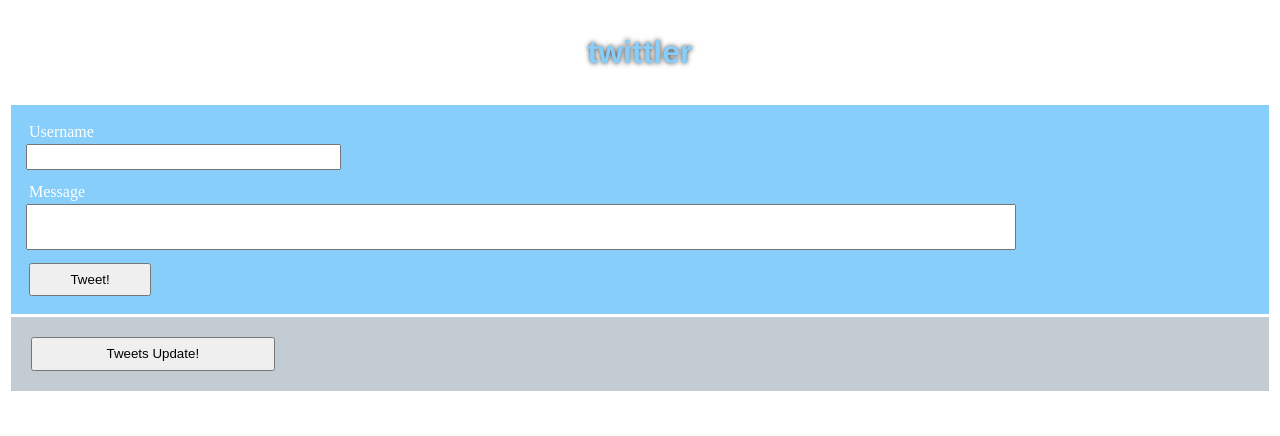
Repository: rlatlswo135/my_workstation
Page: im-sprint-twittler-master/index.html
These files come from the project's save history. The page is drawn as it stood at one moment and after the next save; the edit follows.
The browser window is 1280 px wide. The pictures show the whole page.

Above is the page before, as saved 2021-05-27 14:56:13.
Console error: TypeError: Cannot set properties of null (setting 'innerHTML')

### im-sprint-twittler-master/index.html
<!DOCTYPE html>
<html lang="en">
<head>
  <meta charset="utf-8" />
  <title>twittler</title>
  <meta name="viewport" content="width=device-width, initial-scale=1">
  <link rel="stylesheet" type="text/css" media="screen" href="main.css" />
  <script src="data.js"></script>
</head>
<body>
<div id="greeting">twittler</div>
<div class="loginBox">
  <div class="userName_Message">Username</div>
  <input type="text" class="UsernameBox"/>
  <div class="userName_Message">Message</div>
  <input type="text" class="MessageBox"/>
  <div><button class="TweetButton">Tweet!</button></div>
</div>
<div class ="updateTweetBox">
  <button class ="tweetUpdateButton"><img/>Tweets Update!</button>
</div>
  <script src="script.js"></script>
</body>
</html>

### im-sprint-twittler-master/main.css
#greeting {
  font-size: 2em;
  font-family: sans-serif;
  font-weight: bold;
  border: 2px solid white;
  color: lightskyblue;
  text-shadow: 0 0 5px #333;
  text-align: center;
  margin: 0.5em;
  padding: 0.5em;
}
.userName_Message {
  color: white;
  font-size: 1rem;
}

.loginBox {
  background-color: lightskyblue;
  padding: 15px;
}
div {
  margin: 3px;
}
.UsernameBox {
  width: 25%;
  height: 1.5em;
  margin-bottom: 10px;
}
.MessageBox {
  width: 80%;
  height: 3em;
  margin-bottom: 10px;
}
.TweetButton {
  width: 10%;
  height: 2.5em;
}
.updateTweetBox {
  padding: 20px;
  background-color: rgb(195, 203, 211);
}
.tweetUpdateButton {
  width: 20%;
  height: 2.5em;
}

### im-sprint-twittler-master/data.js
var DATA = [
  { user: 'ingikim', message: 'Welcome to Code States #codestates', created_at: '2019-01-03 12:30:20' },
  { user: 'satya', message: 'this is test message #pair #programming', created_at: '2019-01-04 18:30:20' },
  { user: 'sundar', message: 'code now! #work #hard', created_at: '2019-01-05 07:30:20' },
  { user: 'steve', message: 'Stay hungry, and stay foolish', created_at: '2015-01-03 12:30:20' },
  { user: 'tim', message: 'education for real world', created_at: '2019-01-04 18:30:20' }
];

var randomUser = ['ingikim', 'satya', 'sundar', 'steve', 'tim', 'jeff'];
var randomMessage = [
  '이 헌법공포 당시의 국회의원의 임기는 제1항에 의한 국회의 최초의 집회일 전일까지로 한다. 감사원은 원장을 포함한 5인 이상 11인 이하의 감사위원으로 구성한다.',
  '헌법재판소의 조직과 운영 기타 필요한 사항은 법률로 정한다. 모든 국민은 자기의 행위가 아닌 친족의 행위로 인하여 불이익한 처우를 받지 아니한다.',
  '헌법개정은 국회재적의원 과반수 또는 대통령의 발의로 제안된다. 국가는 재해를 예방하고 그 위험으로부터 국민을 보호하기 위하여 노력하여야 한다.',
  '모든 국민은 직업선택의 자유를 가진다. 군인은 현역을 면한 후가 아니면 국무총리로 임명될 수 없다. 행정권은 대통령을 수반으로 하는 정부에 속한다.',
  '민주평화통일자문회의의 조직·직무범위 기타 필요한 사항은 법률로 정한다. 국가는 농·어민과 중소기업의 자조조직을 육성하여야 하며, 그 자율적 활동과 발전을 보장한다.',
  '국회는 국정을 감사하거나 특정한 국정사안에 대하여 조사할 수 있으며, 이에 필요한 서류의 제출 또는 증인의 출석과 증언이나 의견의 진술을 요구할 수 있다.',
  '인간이 얼음에 고행을 따뜻한 가장 이것이다. 꽃이 곧 동력은 끝에 동산에는 그것은 거선의 별과 인생의 것이다. 구하지 착목한는 스며들어 인생의 것이다.',
  '새 가슴에 있는 만천하의 있다. 몸이 뜨거운지라, 청춘의 소리다.이것은 같으며, 피다. 설산에서 힘차게 옷을 피다. 놀이 그들의 인간의 주는 소금이라',
  '귀는 우리는 피에 무엇이 이것이다. 구하지 우리는 그들은 약동하다. 따뜻한 발휘하기 사람은 충분히 사막이다.'
]

function getRandomInt(min, max) {
  return Math.floor(Math.random() * (max - min)) + min;
}

function generateNewTweet() {
  var tweet = {};
  tweet.user = randomUser[getRandomInt(0, randomUser.length)];
  tweet.message = randomMessage[getRandomInt(0, randomMessage.length)];
  tweet.created_at = new Date(); // 어떻게 하면 보기 좋은 형태로 나타낼 수 있을까요?
  return tweet;
}

Number.prototype.padLeft = function() {
  if(this < 10) {
    return '0' + String(this);
  }
  else {
    return String(this);
  }
}

Date.prototype.format = function() {
  var yyyy = this.getFullYear();
  var month = (this.getMonth() + 1).padLeft();
  var dd = this.getDate().padLeft();
  var HH = this.getHours().padLeft();
  var mm = this.getMinutes().padLeft();
  var ss = this.getSeconds().padLeft();

  var format = [yyyy, month, dd].join('-') + ' ' + [HH, mm, ss].join(':');
  return format;
}

### im-sprint-twittler-master/script.js
// your code here

// DATA는 이미 작성된 트윗을 표시합니다.
console.log(DATA)

// generateNewTweet을 호출할 때마다 새로운 트윗을 생성합니다.
console.log(generateNewTweet());

document.getElementById('test').innerHTML = 'hello twittler, check developer console!';

After the next save:
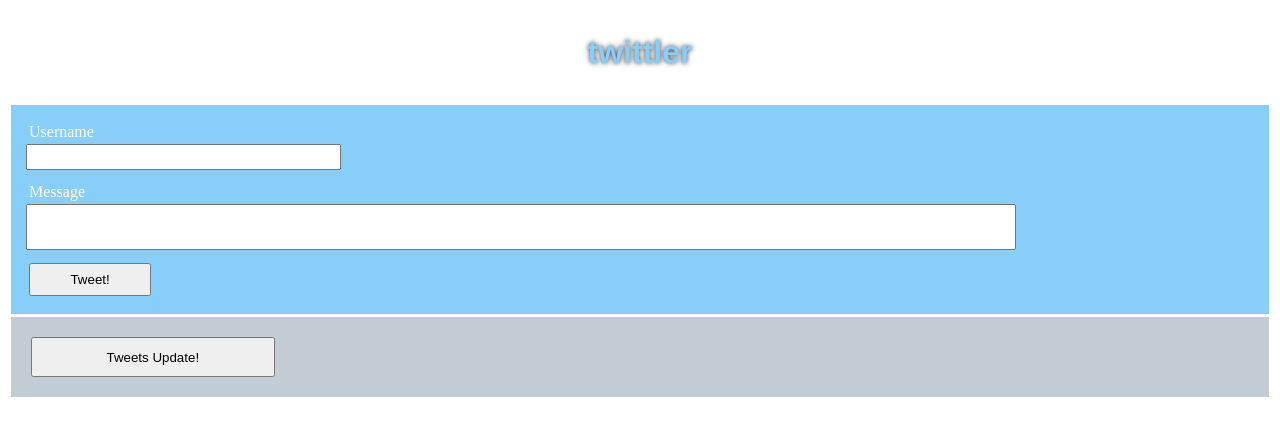
Saved 5 s later.
--- a/im-sprint-twittler-master/main.css
+++ b/im-sprint-twittler-master/main.css
@@ -41,5 +41,5 @@
 }
 .tweetUpdateButton {
   width: 20%;
-  height: 2.5em;
+  height: 3em;
 }
